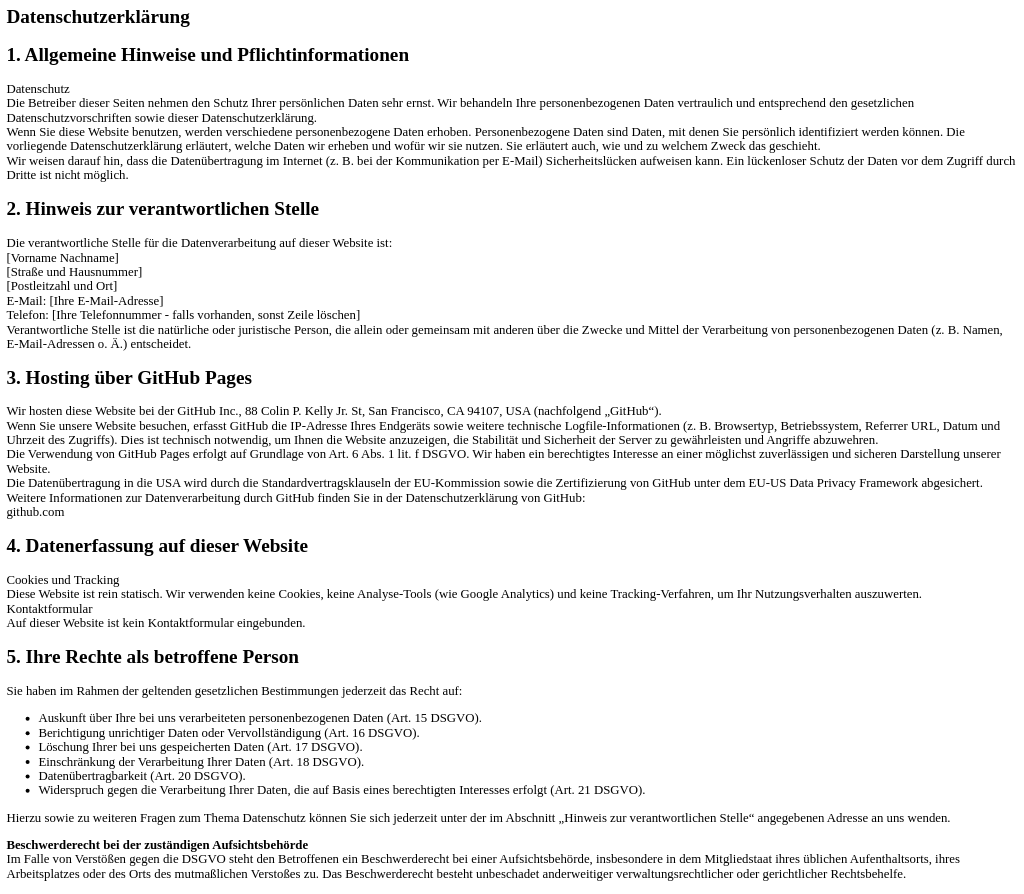
Repository: h-fahle/h-fahle.github.io
Page: datenschutz.html
An editor plug-in stored every save of this project. The page is shown before and after the next save, followed by the edit.
The browser window is 1280 px wide. The pictures show the whole page, at 80% of full size.

Above is the page before, as saved 2026-05-24 12:46:48.

After the next save:
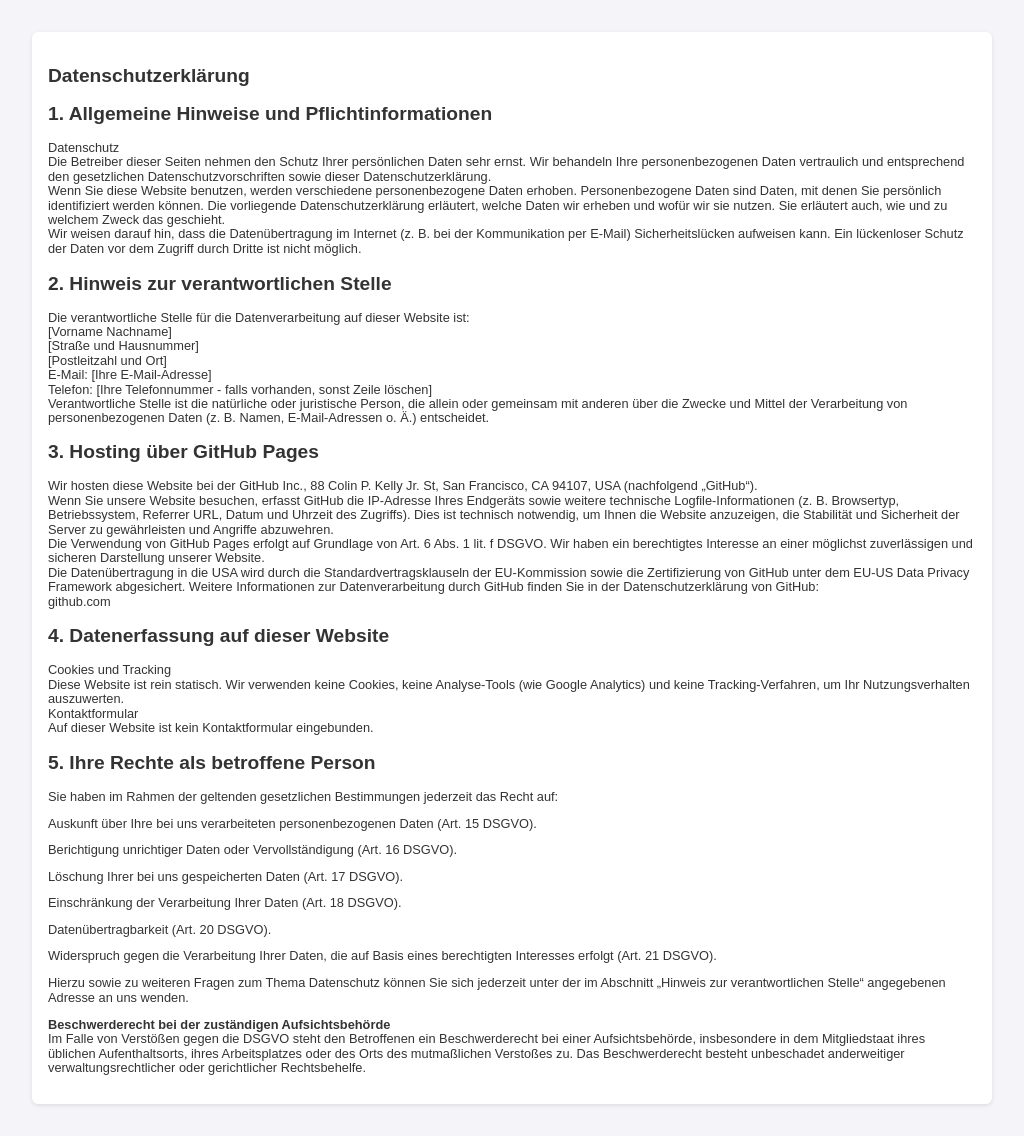
Saved 2 min 41 s later.
--- a/datenschutz.html
+++ b/datenschutz.html
@@ -1,3 +1,52 @@
+<!DOCTYPE html>
+<html lang="de">
+<head>
+    <meta charset="UTF-8">
+    <meta name="viewport" content="width=device-width, initial-scale=1.0">
+    <title>Dokumentenübersicht</title>
+    <style>
+        body {
+            margin: 0;
+            font-family: Arial, sans-serif;
+            display: flex;
+            flex-direction: column;
+            min-height: 100vh;
+            background-color: #f4f4f9;
+            color: #333;
+        }
+        footer {
+            margin-top: auto; /* Drückt den Footer an den unteren Rand */
+            background-color: #f1f1f1;
+            text-align: center;
+        }
+        .container {
+            background: #fff;
+            margin: 40px;
+            padding: 20px;
+            border-radius: 8px;
+            box-shadow: 0 2px 5px rgba(0,0,0,0.1);
+        }
+        ul {
+            list-style-type: none;
+            padding: 0;
+        }
+        li {
+            margin: 15px 0;
+        }
+        a {
+            text-decoration: none;
+            color: #0066cc;
+            font-weight: bold;
+        }
+        a:hover {
+            text-decoration: underline;
+        }
+    </style>
+</head>
+<body>
+
+    <div class="container">
+
 <h2>Datenschutzerklärung</h2>
 <h2>1. Allgemeine Hinweise und Pflichtinformationen</h2>
 <p>Datenschutz<br>Die Betreiber dieser Seiten nehmen den Schutz Ihrer persönlichen Daten sehr ernst. Wir behandeln Ihre personenbezogenen Daten vertraulich und entsprechend den gesetzlichen Datenschutzvorschriften sowie dieser Datenschutzerklärung.<br>Wenn Sie diese Website benutzen, werden verschiedene personenbezogene Daten erhoben. Personenbezogene Daten sind Daten, mit denen Sie persönlich identifiziert werden können. Die vorliegende Datenschutzerklärung erläutert, welche Daten wir erheben und wofür wir sie nutzen. Sie erläutert auch, wie und zu welchem Zweck das geschieht.<br>Wir weisen darauf hin, dass die Datenübertragung im Internet (z. B. bei der Kommunikation per E-Mail) Sicherheitslücken aufweisen kann. Ein lückenloser Schutz der Daten vor dem Zugriff durch Dritte ist nicht möglich.</p>
@@ -19,3 +68,8 @@
 </ul>
 <p>Hierzu sowie zu weiteren Fragen zum Thema Datenschutz können Sie sich jederzeit unter der im Abschnitt „Hinweis zur verantwortlichen Stelle“ angegebenen Adresse an uns wenden.</p>
 <p><strong>Beschwerderecht bei der zuständigen Aufsichtsbehörde</strong><br>Im Falle von Verstößen gegen die DSGVO steht den Betroffenen ein Beschwerderecht bei einer Aufsichtsbehörde, insbesondere in dem Mitgliedstaat ihres üblichen Aufenthaltsorts, ihres Arbeitsplatzes oder des Orts des mutmaßlichen Verstoßes zu. Das Beschwerderecht besteht unbeschadet anderweitiger verwaltungsrechtlicher oder gerichtlicher Rechtsbehelfe.</p>
+
+    </div>
+
+</body>
+</html>
